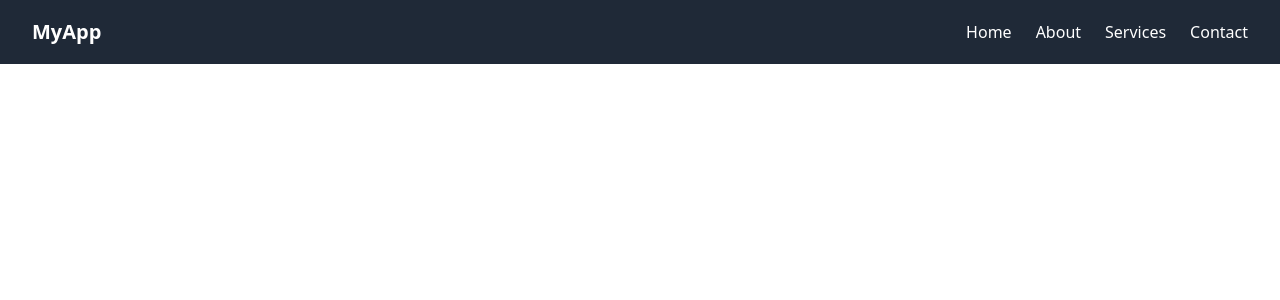
Repository: cynthiamoraa/flowithme
Page: / (app in frontend/)
An editor plug-in stored every save of this project. The page is shown before and after the next save, followed by the edit.
The browser window is 1280 px wide. The pictures show the whole page.
The project was rebuilt for these pictures with package versions that can differ from the ones it lists, and the page was loaded fresh each time. Also part of the build but not shown: frontend/vite.config.js.

Above is the page before, as saved 2024-11-18 15:46:57.

After the next save:
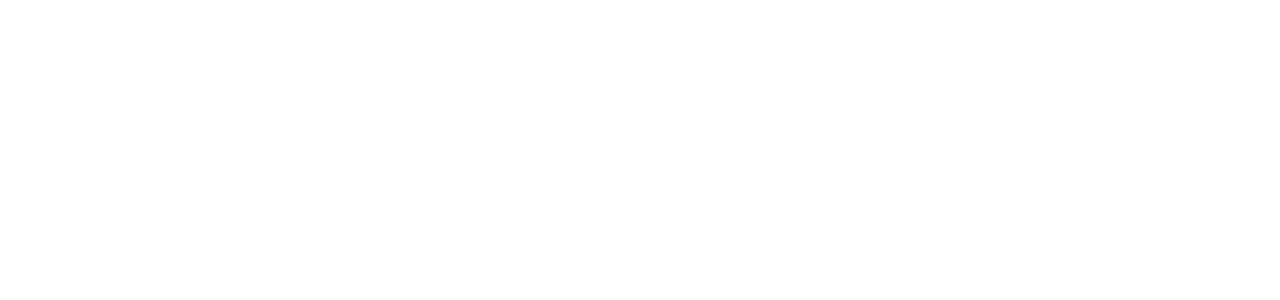
Console error: ReferenceError: i is not defined
Saved 94 s later.
--- a/frontend/src/App.jsx
+++ b/frontend/src/App.jsx
@@ -1,66 +1,13 @@
-import React, { useState } from "react";
+import { useState } from 'react'
+i
+import Navbar from './components/Navbar'
 
-const App = () => {
-  const [isMenuOpen, setIsMenuOpen] = useState(false);
+function App() {
 
-  const toggleMenu = () => {
-    setIsMenuOpen(!isMenuOpen);
-  };
 
   return (
-    <nav className="bg-gray-800 text-white">
-      <div className="max-w-7xl mx-auto px-4 sm:px-6 lg:px-8">
-        <div className="flex justify-between items-center h-16">
-          {/* Logo */}
-          <div className="text-xl font-bold">MyApp</div>
+  <Navbar />
+  )
+}
 
-          {/* Desktop Links */}
-          <div className="hidden md:flex space-x-6">
-            <a href="#home" className="hover:text-gray-400">
-              Home
-            </a>
-            <a href="#about" className="hover:text-gray-400">
-              About
-            </a>
-            <a href="#services" className="hover:text-gray-400">
-              Services
-            </a>
-            <a href="#contact" className="hover:text-gray-400">
-              Contact
-            </a>
-          </div>
-
-          {/* Mobile Menu Button */}
-          <button
-            className="md:hidden flex items-center focus:outline-none"
-            onClick={toggleMenu}
-          >
-            <span className="hamburger-line block w-6 h-0.5 bg-white mb-1"></span>
-            <span className="hamburger-line block w-6 h-0.5 bg-white mb-1"></span>
-            <span className="hamburger-line block w-6 h-0.5 bg-white"></span>
-          </button>
-        </div>
-      </div>
-
-      {/* Mobile Menu */}
-      {isMenuOpen && (
-        <div className="md:hidden bg-gray-700">
-          <a href="#home" className="block px-4 py-2 hover:bg-gray-600">
-            Home
-          </a>
-          <a href="#about" className="block px-4 py-2 hover:bg-gray-600">
-            About
-          </a>
-          <a href="#services" className="block px-4 py-2 hover:bg-gray-600">
-            Services
-          </a>
-          <a href="#contact" className="block px-4 py-2 hover:bg-gray-600">
-            Contact
-          </a>
-        </div>
-      )}
-    </nav>
-  );
-};
-
-export default App;
+export default App

After the 4 saves that followed:
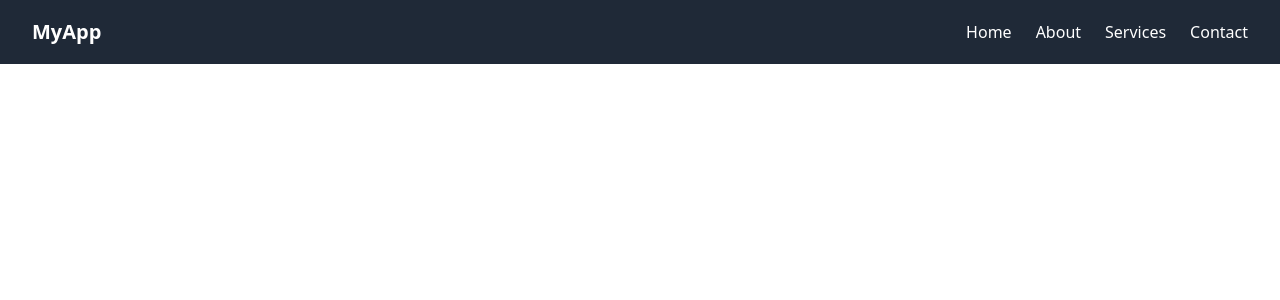
The error is gone.
The 4 saves are shown as one change because 1 did not build or start and 2 left the picture as it was.
The last was saved 75 s later.
--- a/frontend/src/App.jsx
+++ b/frontend/src/App.jsx
@@ -1,5 +1,5 @@
 import { useState } from 'react'
-i
+
 import Navbar from './components/Navbar'
 
 function App() {
--- a/frontend/src/components/Navbar.jsx
+++ b/frontend/src/components/Navbar.jsx
@@ -1,6 +1,6 @@
 import React, { useState } from "react";
 
-const App = () => {
+const Navbar = () => {
   const [isMenuOpen, setIsMenuOpen] = useState(false);
 
   const toggleMenu = () => {
@@ -63,4 +63,4 @@
   );
 };
 
-export default App;
+export default Navbar;
